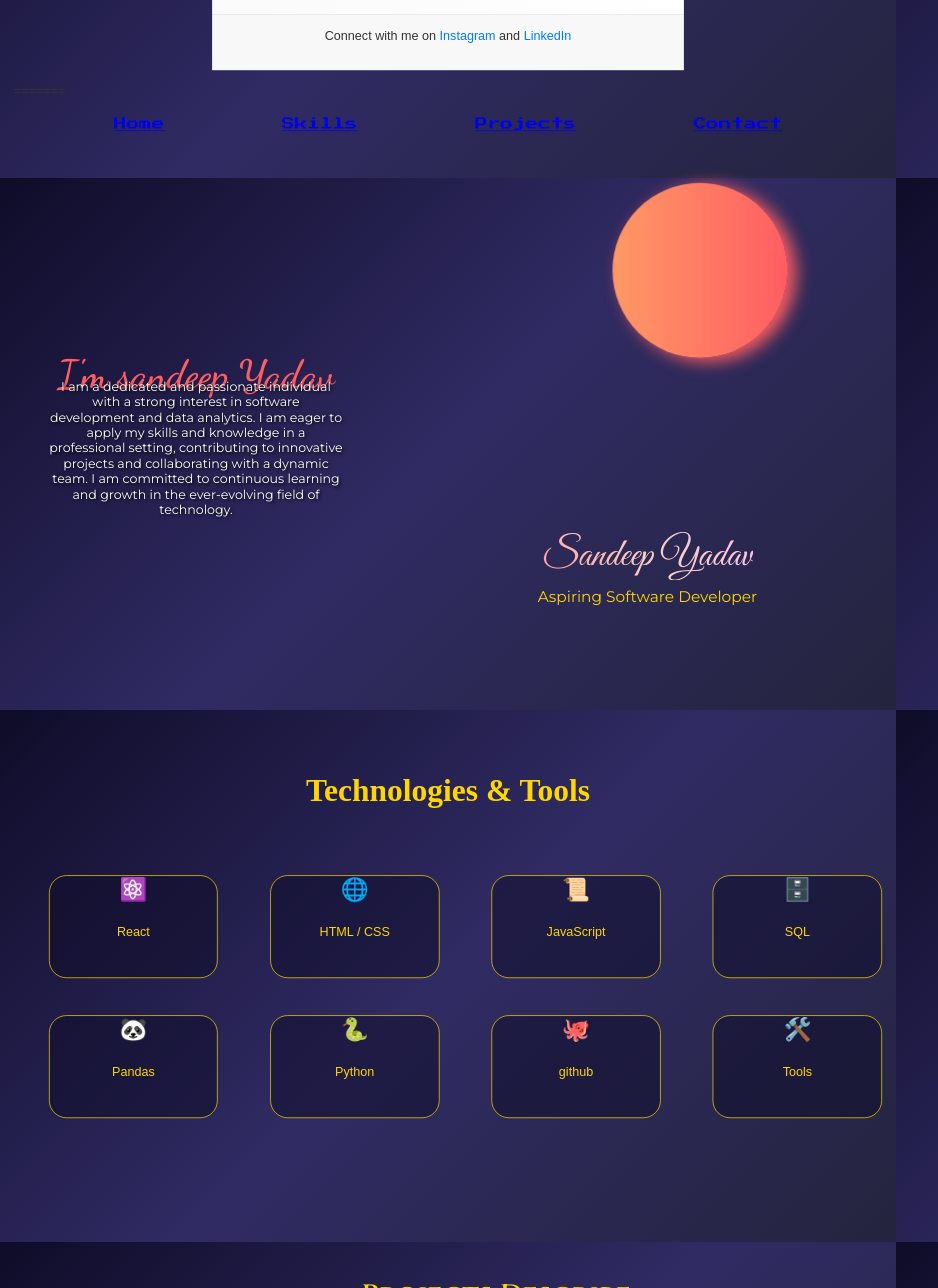
Repository: SandeepYadav18717/Sandeep_portfolio
Page: /
These files come from the project's save history. The page is drawn as it stood at one moment and after a run of saves; the edit follows.
The browser window is 1280 px wide. The page is 1340 px wide, so the pictures cover 1340 px, including what lies to the right of the window. The pictures show the part of the page from y = 505 to 2345 px (the page is 3790 px tall before and 3819 px after), at 70% of full size.
The project was rebuilt for these pictures with package versions that can differ from the ones it lists, and the page was loaded fresh each time. Also part of the build but not shown: vite.config.js, src/index.css.

Above is the page before, as saved 2025-09-01 20:20:08.

After the next 2 saves:
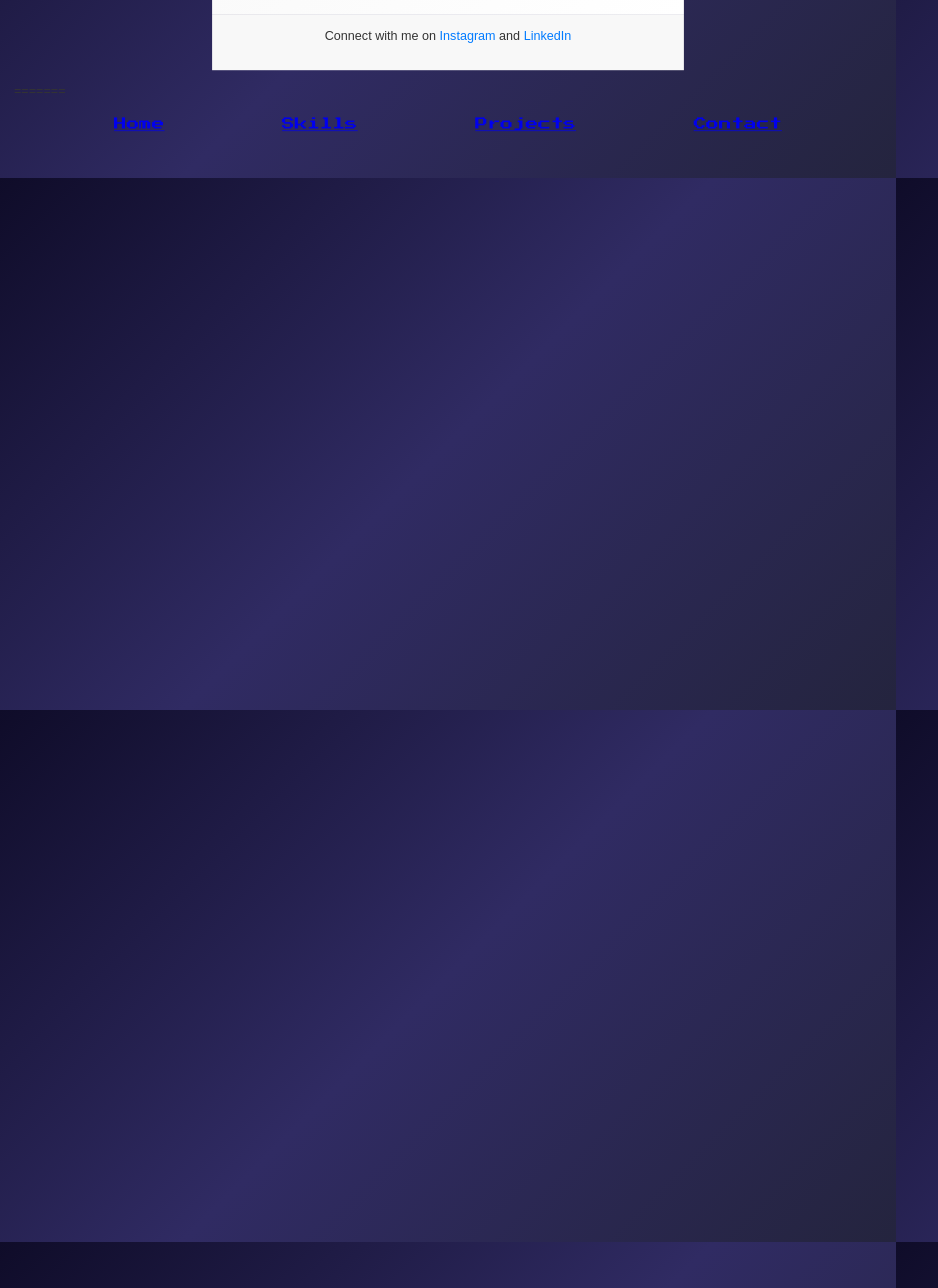
The 2 saves are shown as one change because they came seconds apart.
The last was saved 2 min 8 s later.
--- a/src/App.jsx
+++ b/src/App.jsx
@@ -1,4 +1,3 @@
-import { useEffect } from "react";
 import Navbar from "./navbar/Navbar";
 import Index from "./Pages/Index";
 import Skills from "./Pages/Skills";
@@ -7,44 +6,23 @@ import Contact from "./Contact/contact";
 import "./App.css";
 
 function App() {
-  useEffect(() => {
-    const sections = document.querySelectorAll(".section");
-
-    const observer = new IntersectionObserver(
-      (entries) => {
-        entries.forEach((entry) => {
-          if (entry.isIntersecting) {
-            entry.target.classList.add("visible");
-          }
-        });
-      },
-      { threshold: 0.2 }
-    );
-
-    sections.forEach((section) => observer.observe(section));
-
-    return () => {
-      sections.forEach((section) => observer.unobserve(section));
-    };
-  }, []);
-
   return (
     <>
       <Navbar />
 
-      <section id="home" className="section">
+      <section id="home" className="section fade-in">
         <Index />
       </section>
 
-      <section id="skills" className="section">
+      <section id="skills" className="section fade-in">
         <Skills />
       </section>
 
-      <section id="projects" className="section">
+      <section id="projects" className="section fade-in">
         <Cards />
       </section>
 
-      <section id="contact" className="section">
+      <section id="contact" className="section fade-in">
         <Contact />
       </section>
     </>
